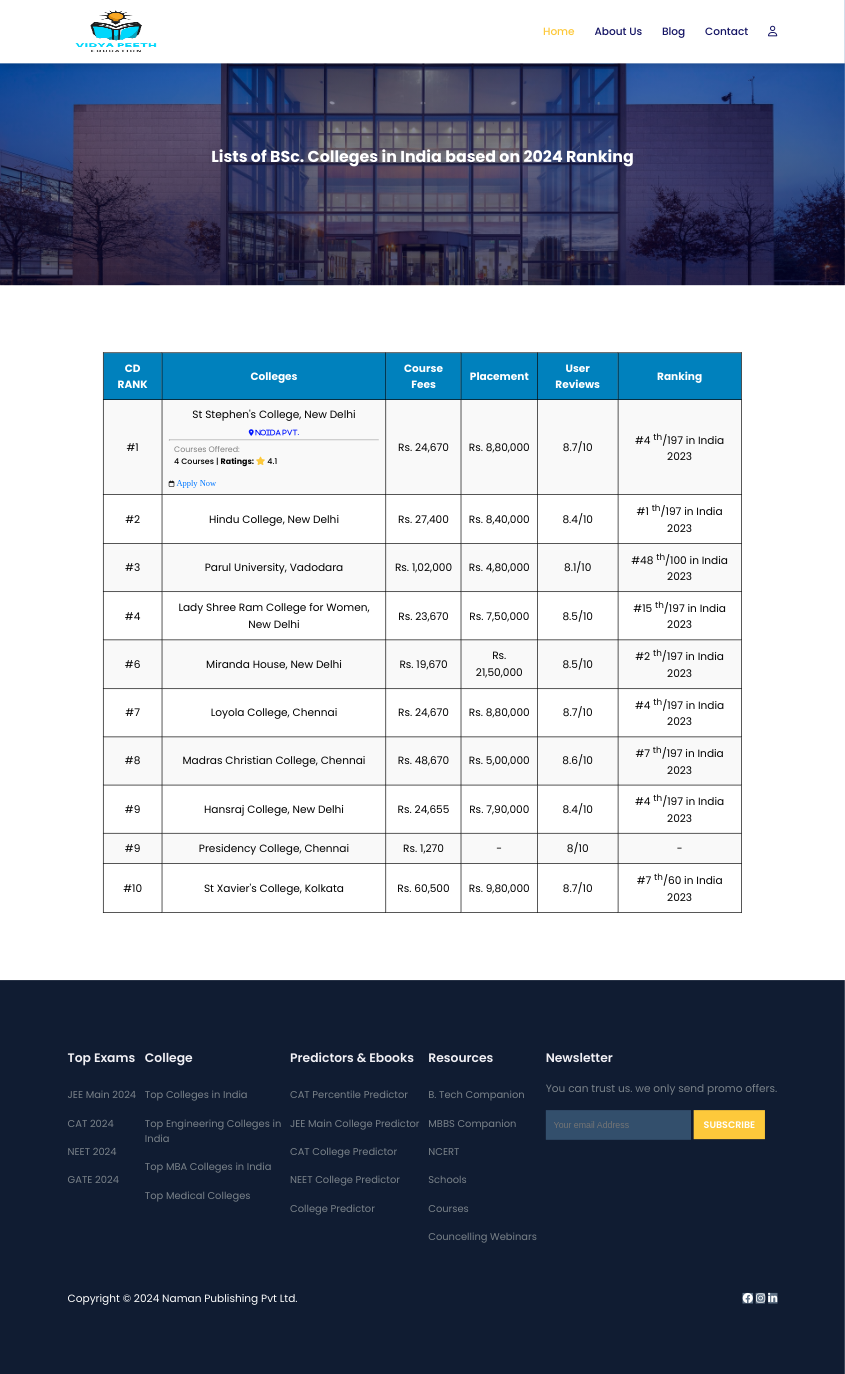
Repository: NamanSahu09/VidyaPreet-Ed-Tech-Website
Page: bsc.html
These files come from the project's save history. The page is drawn as it stood at one moment and after the next save; the edit follows.
The browser window is 1280 px wide. The pictures show the whole page, at 66% of full size.
Some web libraries are served in a nearby version.

Above is the page before, as saved 2024-04-12 13:16:17.

### bsc.html
<!DOCTYPE html>
<html lang="en">
<head>
	<meta charset="UTF-8">
	<meta name="viewport" content="width=device-width, initial-scale=1.0">
	<title>Top BSc Colleges in India</title>

	<!-- font Awesome CDN link -->
	<link rel="stylesheet" href="https://cdnjs.cloudflare.com/ajax/libs/font-awesome/6.1.1/css/all.min.css" />

	<!-- External CSS -->
	<!-- <link rel="stylesheet" href="style.css"> -->
	<!-- <link rel="stylesheet" href="about.css"> -->
	<link rel="stylesheet" href="bsc.css">



	<!-- JQuery CDN link -->
	<script src="https://code.jquery.com/jquery-3.6.0.min.js" integrity="sha256-/xUj+3OJU5yExlq6GSYGSHk7tPXikynS7ogEvDej/m4=" crossorigin="anonymous"></script>
</head>
<body>
	<!-- Navigation start -->
	<nav>
		<img src="img/Vidya peeth.png" class="logo" alt="" height="70px"  width="250px"/>

		<div class="navigation">
			<ul>
				<i id="menu-close" class="fas fa-times"></i>
				<li><a href="index.html" class="active">Home</a></li>
				<li><a href="about.html">About Us</a></li>
				<li><a href="blog.html">Blog</a></li>
				<!-- <li><a href="courses.html">Courses</a></li> -->
				<li><a href="contact.html">Contact</a></li>
				<li><a href="#">
					<i class="far fa-user"></i>
					</a>
				</li>


			</ul>

			<img src="img/menu.png" id="menu-btn" alt="">
		</div>
	</nav>
	<!-- Navigation ends -->



  <!-- login sign-up-form -->

  <div class="form">
    <!-- login -->
    <div class="login-form">

      <!-- cancel-btn -->

      <a href="#" class="form-cancel">
        <i class="fas fa-times"></i>
      </a>


      <strong>Log In</strong>
      <!-- inputs -->
      <form >
        <input type="email" placeholder="Example@gmail.com" name="email" required>
        <input type="password" placeholder="Password" name="password" required>
        <!-- submit-btn -->
        <input type="submit" value="Log In">
      </form>

      <!-- Forget-and-signup -->
      <div class="form-btns">
          <a href="#" class="forget">Forget Your Password?</a>
          <a href="#" class="sign-up-btn">Create Account</a>
    </div>

    </div>




     <!-- Sign Up -->
     <div class="sign-up-form">

      <!-- cancel-btn -->

      <a href="#" class="form-cancel">
        <i class="fas fa-times"></i>
      </a>


      <strong>Sign In</strong>
      <!-- inputs -->
      <form >
        <input type="text" placeholder="Full Name" name="fullname" required>
        <input type="email" placeholder="Example@gmail.com" name="email" required>
        <input type="password" placeholder="Password" name="password" required>
        <!-- submit-btn -->
        <input type="submit" value="Sign Up">
      </form>

      <!-- Forget-and-signup -->
      <div class="form-btns">
          <a href="#" class="already-acount">Already have Account?</a>
    </div>

    </div>

  </div>







	<!-- Hero section starts from here -->
	<section id="about-home">
		<h2>
			Lists of BSc. Colleges in India based on 2024 Ranking
		</h2>
	</section>
	<!-- Hero section ends from here -->


	<section id="contact">


		<table cellspacing="10px" cellpadding="10px" border="1" align="center"  class="custom-table">
			<tr align="center">
	<th>CD RANK</th>
	<th>Colleges</th>
	<th>Course Fees</th>
	<th>Placement</th>
	<th>User Reviews</th>
	<th>Ranking</th>
	</tr>

	<tr align="center">
	<td>#1</td>
	<td><a href="https://www.ststephens.edu/">St Stephen's College, New Delhi</a><br>
		<i class="fa-solid fa-location-dot " style="font-size: 10px; "> Noida Pvt.</i>
		<hr>

<div class="container">
	<p style="font-size: 12px; color: grey; margin-left: 0.5rem; margin-top: 4px;" align="left">Courses Offered:</p>
	<p align="left" style="margin-left: 0.5rem; font-size: 12px; font-weight: 500; ">4 Courses |
			<b>Ratings: </b><i align="left" class="fa-solid fa-star"></i> 4.1
	</p>
<br>


	<i class="fa-regular fa-calendar" align="left"><a href="https://www.ststephens.edu/"> Apply Now</a> </i>



</div>






	</td>
	<td>Rs. 24,670</td>
	<td>Rs. 8,80,000</td>
	<td>8.7/10</td>
	<td>#4 <sup>th</sup>/197 in India 2023 </td>
	</tr>

	<tr align="center">
	<td>#2</td>
	<td><a href="https://hinducollege.ac.in/">Hindu College, New Delhi  </a></td>
	<td>Rs. 27,400</td>
	<td>Rs. 8,40,000</td>
	<td>8.4/10</td>
	<td>#1 <sup>th</sup>/197 in India 2023 </td>
	</tr>	<tr align="center">
	<td>#3</td>
	<td><a href="https://paruluniversity.ac.in/">Parul University, Vadodara</a></td>
	<td>Rs. 1,02,000</td>
	<td>Rs. 4,80,000</td>
	<td>8.1/10</td>
	<td>#48 <sup>th</sup>/100 in India 2023 </td>
	</tr>	<tr align="center">
	<td>#4</td>
	<td>Lady Shree Ram College for Women, New Delhi</td>
	<td>Rs. 23,670</td>
	<td>Rs. 7,50,000</td>
	<td>8.5/10</td>
	<td>#15 <sup>th</sup>/197 in India 2023 </td>
	</tr>	<tr align="center">
	<td>#6</td>
	<td>Miranda House, New Delhi</td>
	<td>Rs. 19,670</td>
	<td>Rs. 21,50,000</td>
	<td>8.5/10</td>
	<td>#2 <sup>th</sup>/197 in India 2023 </td>
	</tr>	<tr align="center">
	<td>#7</td>
	<td>Loyola College, Chennai</td>
	<td>Rs. 24,670</td>
	<td>Rs. 8,80,000</td>
	<td>8.7/10</td>
	<td>#4 <sup>th</sup>/197 in India 2023 </td>
	</tr>	<tr align="center">
	<td>#8</td>
	<td>Madras Christian College, Chennai</td>
	<td>Rs. 48,670</td>
	<td>Rs. 5,00,000</td>
	<td>8.6/10</td>
	<td>#7 <sup>th</sup>/197 in India 2023 </td>
	</tr>	<tr align="center">
	<td>#9</td>
	<td>Hansraj College, New Delhi</td>
	<td>Rs. 24,655</td>
	<td>Rs. 7,90,000</td>
	<td>8.4/10</td>
	<td>#4 <sup>th</sup>/197 in India 2023 </td>
	</tr>	<tr align="center">
	<td>#9</td>
	<td>Presidency College, Chennai</td>
	<td>Rs. 1,270</td>
	<td> - </td>
	<td>8/10</td>
	<td > - </td>
	</tr>	<tr align="center">
	<td>#10</td>
	<td>St Xavier's College, Kolkata</td>
	<td>Rs. 60,500</td>
	<td>Rs. 9,80,000</td>
	<td>8.7/10</td>
	<td>#7 <sup>th</sup>/60 in India 2023 </td>
	</tr>


	</table>












	</section>






<!--
	<section id="map">
		<iframe src="https://www.google.com/maps/embed?pb=!1m18!1m12!1m3!1d30711686.029386617!2d64.41853642919325!3d20.009139591170264!2m3!1f0!2f0!3f0!3m2!1i1024!2i768!4f13.1!3m3!1m2!1s0x30635ff06b92b791%3A0xd78c4fa1854213a6!2sIndia!5e0!3m2!1sen!2sin!4v1652012148253!5m2!1sen!2sin" style="border:0;" allowfullscreen="" loading="lazy" referrerpolicy="no-referrer-when-downgrade"></iframe>
	</section> -->


	<!-- Footer section starts from here -->
	<footer>
		<div class="footer-col">
			<h3>Top Exams</h3>
			<li>JEE Main 2024</li>
			<li>CAT 2024</li>
			<li>NEET 2024</li>
			<li>GATE 2024</li>

		</div>

		<div class="footer-col">
			<h3>College</h3>
			<li>Top Colleges in India</li>
			<li>Top Engineering Colleges in <br>India</li>
			<li>Top MBA Colleges in India</li>
			<li>Top Medical Colleges</li>
		</div>

		<div class="footer-col">
			<h3>Predictors & Ebooks</h3>
			<li>CAT Percentile Predictor</li>
			<li>JEE Main College Predictor</li>
			<li>CAT College Predictor</li>
			<li>NEET College Predictor</li>
			<li>College Predictor</li>
		</div>

		<div class="footer-col">
			<h3>Resources</h3>
			<li>B. Tech Companion</li>
			<li>MBBS Companion</li>
			<li>NCERT</li>
			<li>Schools</li>
			<li>Courses</li>
			<li>Councelling Webinars</li>
		</div>

		<div class="footer-col">
			<h3>Newsletter</h3>
			<p>You can trust us. we only send promo offers.</p>

			<div class="subscribe">
				<input type="email" placeholder="Your email Address">
				<a href="#" class="yellow">SUBSCRIBE</a>
			</div>
		</div>

		<div class="copyright">
			<p align="center">
				Copyright &copy; 2024 Naman Publishing Pvt Ltd.
			</p>
			<div class="pro-links">
				<i class="fab fa-facebook"></i>
				<i class="fab fa-instagram"></i>
				<i class="fab fa-linkedin-in"></i>
			</div>
		</div>
	</footer>
	<!-- Footer section ends from here -->

	<script>
		// Show menu links on burger click
		$('#menu-btn').click(function(){
			$('nav .navigation ul').addClass('active')
		});

		// Hide navbar on click function
		$('#menu-close').click(function(){
			$('nav .navigation ul').removeClass('active')
		});

 /*---For Login and Sign-up----------------------------*/

 $(document).on('click', '.far.fa-user', function(){
    $('.form').addClass('login-active').removeClass('sign-up-active');
});

$(document).on('click', '.sign-up-btn', function(){
    $('.form').removeClass('login-active').addClass('sign-up-active');
});

$(document).on('click', '.form-cancel', function(){
    $('.form').removeClass('login-active').removeClass('sign-up-active');
});

$(document).on('click', '.already-acount', function(){
    $('.form').addClass('login-active').removeClass('sign-up-active');
});


	</script>

</body>
</html>

### bsc.css
@import url('https://fonts.googleapis.com/css2?family=Inter:wght@100;200;300;400;500&family=Poppins:ital,wght@0,100;0,200;0,300;0,400;0,500;0,600;0,700;0,800;0,900;1,700;1,800;1,900&display=swap');
*
{
	margin: 0;
	padding: 0;
	box-sizing: border-box;
}
body
{
	font-family: 'Poppins', sans-serif;
}
h1
{
	font-size: 2.5rem;
	font-weight: 700;
	color: rgb(35, 35, 85);
}

span
{
	font-size: .9rem;
}

h6
{
	font-size: 1.1rem;
	color: rgb(24, 24, 49);
}


/*------------- Navigation style start ------------*/
nav
{
	position: fixed;
	width: 100%;
	background-color: #fff;
	display: flex;
	justify-content: space-between;
	align-items: center;
	padding: 1vw 8vw;
	box-shadow: 2px 2px 10px rgba(0, 0, 0, 0.15);
	z-index: 1;
}

nav .logo
{
	width: 150px;
	cursor: pointer;
}

nav .navigation
{
	display: flex;
}

#menu-btn
{
	width: 30px;
	height: 30px;
	display: none;
}

#menu-close
{
	display: none;
}

nav .navigation ul
{
	display: flex;
	justify-content: flex-end;
	align-items: center;
}

nav .navigation ul li
{
	list-style: none;
	margin-left: 30px;
}

nav .navigation ul li a
{
	text-decoration: none;
	color: rgb(21, 21, 100);
	font-size: 16px;
	font-weight: 500;
	transition: 0.3s ease;
}

nav .navigation ul li a.active,
nav .navigation ul li a:hover
{
	color: #FDC93B;

}
/*------------- Navigation style end ------------*/

/* Login Form and Sign In form */


.form{
  width:100%;
  height: 100%;
  position: fixed;
  /* top: 0px;
  left: 0px; */
  background-color: rgba(0,0,0,0.2);
  display: flex;
  justify-content: center;
  align-items: center;
  flex-direction: column;
  z-index: 102;
}


.login-form,
.sign-up-form{
  width:420px;
  padding: 20px 10px;
  background-color: #ffffff;
  box-shadow: 2px 2px 30px rgba(0,0,0,0.1);
  display: flex;
  justify-content: center;
  align-items: center;
  flex-direction: column;
  border-radius: 5px;
  position: relative;

}
.login-form form,
.sign-up-form form{
  display: flex;
  justify-content: center;
  align-items: center;
  flex-direction: column;
  width: 100%;
}
.login-form strong,
.sign-up-form strong{
  color: #272727;
  font-size: 2rem;
  margin: 2px 7px 7px 7px;
  text-transform: uppercase;
  letter-spacing: 0.5px;
  font-weight: 500;
}
.login-form input,
.sign-up-form input{
  width:90%;
  height: 45px;
  margin: 6px 0px;
  padding: 0px 10px;
  border: 1px solid rgba(0,0,0,0.1);
  outline: none;
  border-radius: 7px;
}
.login-form input::placeholder,
.sign-up-form input::placeholder{
  color: rgba(0,0,0,0.5);
}
.login-form input[type="submit"],
.sign-up-form input[type="submit"]{
  background-color: #0b9d8a;
  color: #ffffff;
  border: none;
  outline: none;
  text-transform: uppercase;
  margin-top: 10px;
  border-radius: 3px;
  box-shadow: 2px 2px 30px rgba(0,0,0,0.1);
}
.form-btns{
  width: 90%;
  display: flex;
  justify-content: space-between;
  align-items: center;
  margin-top: 10px;
}
.form-btns a{
  color: #4d4d4d;
  font-size: 0.9rem;
}
.sign-up-btn{
  border-bottom: 1px solid #868686;
  line-height: 16px;
}
.form-cancel{
  position: absolute;
  right: 20px;
  top: 10px;
  color: #868686;
}
.login-form,
.sign-up-form,
.form{
  display: none;
}
.login-active,
.login-active .login-form{
  display: flex;
  animation: fade 0.3s;
}

.sign-up-active,
.sign-up-active .sign-up-form{
  display: flex;
  animation: fade 0.3s;
}
@keyframes fade{
  0%{
      opacity: 0;
  }
  100%{
      opacity: 1;
  }
}

/* - - - - - - - - - - - - - - - - - - - --  - - - - - - -  */






#contact
{
	padding: 8vw;
	display: flex;
	justify-content: space-between;
	align-items: flex-start;
}



/* ----------------------------------------------------------------------------------------------------- */

/* Table  */


.custom-table {
  width: 90%;
  margin: 0 auto;
  border-collapse: collapse;
}

/* Apply styles to table header cells (th) */
.custom-table th {
  background-color: #0081bd;
	color:white;
  border: 1px solid black;
  padding: 10px;
  text-align: center;
}

/* Apply styles to table data cells (td) */
.custom-table td {
  border: 1px solid black;
  padding: 10px;
  text-align: center;
}

/* Apply alternate background color to even rows */
.custom-table tr:nth-child(even) {
  background-color: #f9f9f9;
}




/* -------------------------------------------------------- */




#about-home {
	background-image: linear-gradient(rgba(9, 5, 54, 0.3), rgba(5, 4, 46, 0.7)), url(img/back1.jpg);
	width: 100%;
	height: 60vh;
	background-size: cover;
	background-position: center center;
	display: flex;
	flex-direction: column;
	justify-content: center;
	align-items: center;
	text-align: center;
	padding-top: 40px;
}

h2 {
	display: block;
	font-size: 1.5em;
	margin-block-start: 0.83em;
	margin-block-end: 0.83em;
	margin-inline-start: 0px;
	margin-inline-end: 0px;
	font-weight: bold;
	unicode-bidi: isolate;
	color:white;
}




table td a
{
	color:black;
	text-decoration: none;
}

table td a:hover
{
	text-decoration: underline;
	color: blue;
}


.class
{

}


 .fa-star
{
	color: #fdc93b;
	font-size: .8rem;
}
.star
{
	font-size: 0.7rem;
	/* background-color: #98adb7; */
  /* color:white; */
  padding: 10px;
  text-align: left;
}

.fa-location-dot
{
	color: #0015ff;
	font-size:0.1rem;
	text-align:left;
}

.container
{
	display: flex;
	flex-direction:column;
	justify-content:center;
	height: 100%;
	font-size: 0.8rem;

}

.container .fa-calendar
{
	font-size: 0.6rem;
}

.container .fa-calendar a
{
	font-size: 0.8rem;
	color:rgb(0, 119, 255);
	font-family: 'Times New Roman', Times, serif;
}




























































/*------------- Footer section styling starts ------------*/
footer
{
	padding: 8vw;
	background-color: #101c32;
	display: flex;
	justify-content: space-between;
	align-items: flex-start;
	flex-wrap: wrap;
}

footer .footer-col
{
	padding-bottom: 40px;
}

footer h3
{
	color: rgb(241, 240, 245);
	font-weight: 600;
	padding-bottom: 20px;
}

footer li
{
	list-style: none;
	color: #7b838a;
	padding: 10px 0;
	font-size: 15px;
	cursor: pointer;
	transition: 0.3s ease;
}

footer li:hover
{
	color: rgb(241, 240, 245);
}

footer p
{
	color: #7b838a;
}

footer .subscribe
{
	margin-top: 20px;
}

footer input
{
	width: 220px;
	padding: 15px 12px;
	background: #334F6C;
	border: none;
	outline: none;
	color: #fff;
}

footer .subscribe a
{
	text-decoration: none;
	font-size: 0.9rem;
	padding: 12px 15px;
	background-color: #fff;
	font-weight: 600;
}

footer .subscribe a.yellow
{
	color: #fff;
	background: #fdc93b;
	transition: 0.3s ease;
}

footer .subscribe a.yellow:hover
{
	color: rgb(21, 21, 100);
	background: #fff;
}

footer .copyright
{
	margin-top: 20px;
	width: 100%;
	display: flex;
	justify-content: space-between;
	align-items: center;
	flex-wrap: wrap;
}

footer .copyright p, footer .copyright p > a
{
	color: #fff;
	text-decoration: none;
}

footer .copyright .pro-links
{
	margin-top: 0px;
}

footer .copyright .pro-links i
{
	background-color: #5f7185;
	color: #fff;
}

footer .copyright .pro-links i:hover
{
	background: #fdc93b;
	color: #2c2c2c;
}
/*------------- Footer section styling ends ------------*/



/*---------------------------------------------------------*/
/*-------------------- Ipad screen styling ----------------*/
/*---------------------------------------------------------*/
@media screen and (max-width: 789px)
{
	nav
	{
		padding: 15px 20px;
	}

	nav img
	{
		width: 130px;
	}

	#menu-btn
	{
		display: initial;
	}

	#menu-close
	{
		display: initial;
		font-size: 1.6rem;
		color: #fff;
		padding: 30px 0 20px 20px;
	}

	nav .navigation ul
	{
		position: absolute;
		top: 0;
		right: -220px;
		display: flex;
		flex-direction: column;
		justify-content: flex-start;
		align-items: flex-start;
		width: 220px;
		height: 100vh;
		background: rgba(17, 20, 104, 0.45);
		backdrop-filter: blur(4.5px);
		border: 1px solid rgba(255, 255, 255, 0.18);
		transition: 0.3s ease-in;
	}

	nav .navigation ul.active
	{
		right: 0;
	}

	nav .navigation ul li
	{
		padding: 20px 0 20px 40px;
		margin-left: 0;
	}

	nav .navigation ul li a
	{
		color: #fff;
	}

	#home
	{
		padding: 0px;
	}

	#home p
	{
		width: 90%;
	}

	#features
	{
		padding: 8vw 4vw 0 4vw;
	}

	#course
	{
		padding: 8vw 4vw 8vw 4vw;
	}


	#registration
	{
		padding: 6vw 4vw 6vw 4vw;
		gap: 2.2rem;
	}

	#registration .reminder .time
	{
		display: flex;
		justify-content: space-between;
		flex-wrap: wrap;
		margin-top: 40px;
	}

	#experts
	{
		padding: 8vw 4vw 6vw 4vw;
	}

	footer .copyright .pro-links
	{
		margin-top: 20px;
	}
}


@media screen and (max-width: 475px)
{
	#registration
	{
		flex-direction: column;
	}

	.reminder p, .reminder h1
	{
		text-align: center;
	}

	.reminder h1
	{
		font-size: 1.8rem;
	}

	#registration .reminder .time
	{
		justify-content: space-evenly;
		margin-top: 20px;
	}
}

After the next save:
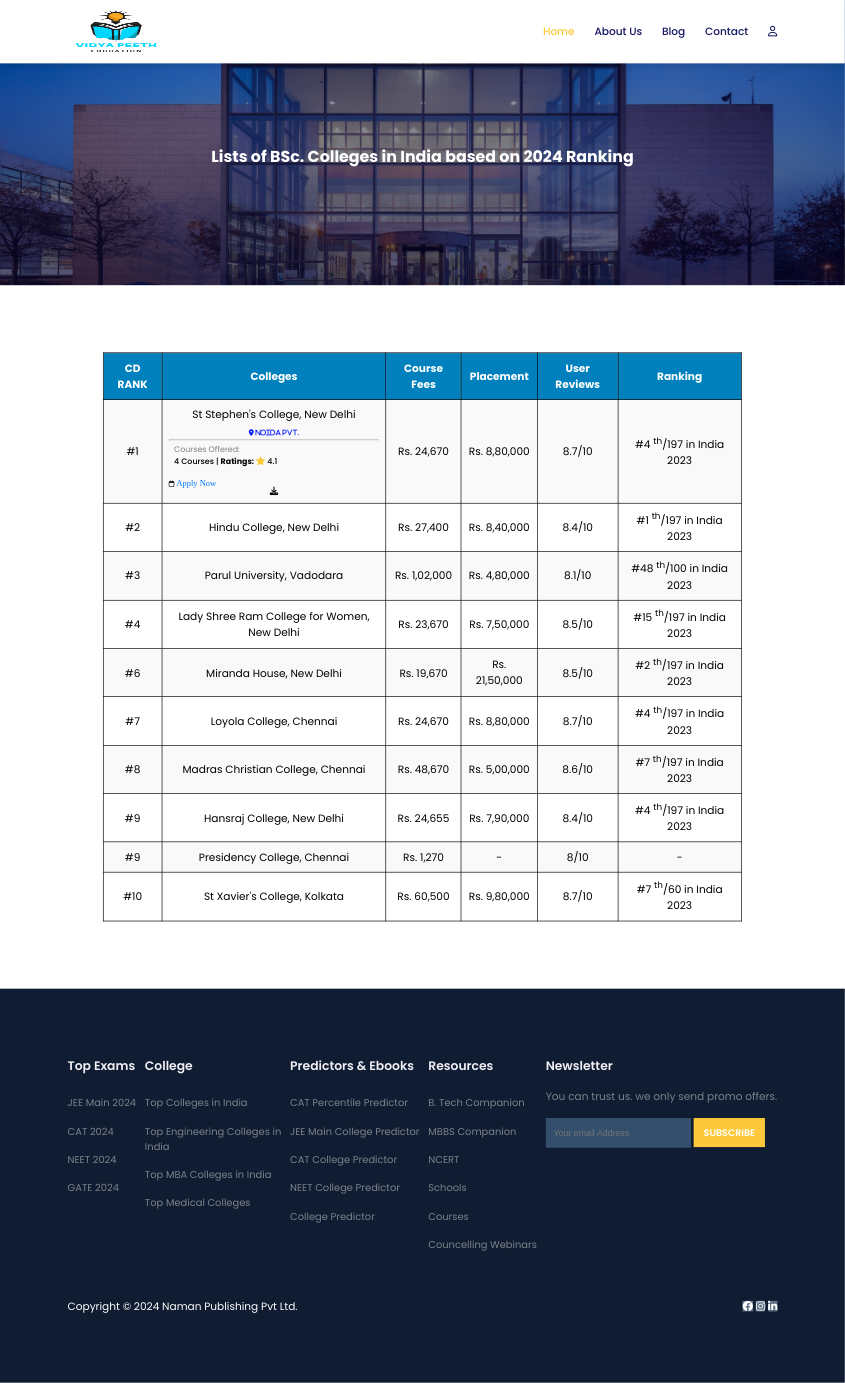
Saved 8 s later.
--- a/bsc.html
+++ b/bsc.html
@@ -151,7 +151,7 @@
 
 
 	<i class="fa-regular fa-calendar" align="left"><a href="https://www.ststephens.edu/"> Apply Now</a> </i>
-
+	<i class="fa-solid fa-download"></i>
 
 
 </div>
